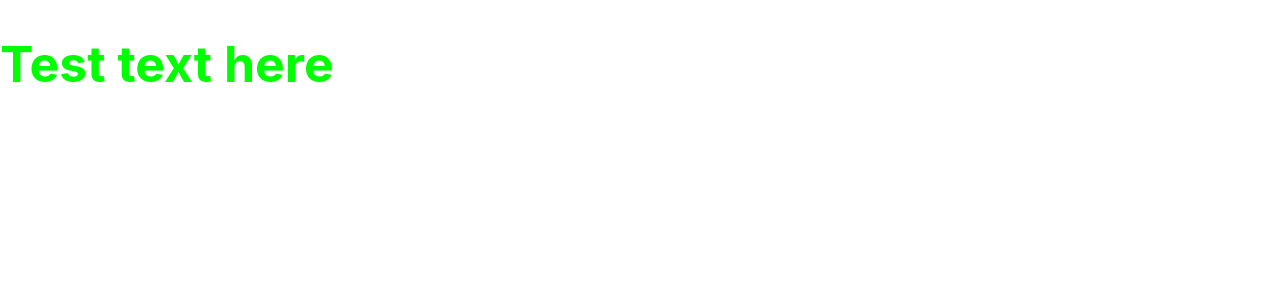
Repository: Coralee-Long/react-bits
Page: /
These files come from the project's save history. The page is drawn as it stood at one moment and after the next save; the edit follows.
The browser window is 1280 px wide. The pictures show the whole page.
The project was rebuilt for these pictures with package versions that can differ from the ones it lists, and the page was loaded fresh each time. Also part of the build but not shown: src/components/HeroBannerParallax/HeroBanner.module.css, src/pages/ContactPage.js, src/App.css.

Above is the page before, as saved 2023-12-12 15:22:46.

### src/index.css
html,
body {
  font-family: -apple-system, BlinkMacSystemFont, 'Segoe UI', 'Roboto', 'Oxygen',
    'Ubuntu', 'Cantarell', 'Fira Sans', 'Droid Sans', 'Helvetica Neue',
    sans-serif;
  -webkit-font-smoothing: antialiased;
  -moz-osx-font-smoothing: grayscale;
  height: 100%;
  width: 100%;
  margin: 0;
  padding: 0;
  overflow-x: hidden; /* Prevents horizontal scroll */
}

#root {
  height: 100%;
}

### src/App.js
import { BrowserRouter as Router } from 'react-router-dom';
import AppRoutes from './routes/AppRoutes';
import './App.css';

const App = () => {
  return (
    <Router>
      <AppRoutes />
    </Router>
  );
};

export default App;

### src/routes/AppRoutes.js
import { Routes, Route } from 'react-router-dom';
import HomePage from '../pages/HomePage.js';
import ContactPage from '../pages/ContactPage';

const AppRoutes = () => {
  return (
    <Routes>
      <Route path="/" element={<HomePage />} />
      <Route path="/contact" element={<ContactPage />} />
    </Routes>
  );
};
export default AppRoutes;

### src/pages/HomePage.js
import Floor from '../layout/Floors/Floor';

const HomePage = () => {
  return (
    <div>
      <Floor />
    </div>
  );
};
export default HomePage;

### src/layout/Floors/Floor.js
import styles from './Floor.module.css';
import HeroBanner from '../../components/HeroBannerParallax/HeroBanner';

const { floor: floor, 'floor-container': floorContainer } = styles;
const Floor = () => {
  return (
    <div className={floor}>
      <div className={floorContainer}>
        <HeroBanner />
      </div>
    </div>
  );
};
export default Floor;

### src/layout/Floors/Floor.module.css
.floor {
  width: 100vw; /* 100% of the viewport width */
  height: 100vh; /* 100% of the viewport height */
  background-color: white; /* Set background color to black */

  /* Additional styles, if necessary */
  display: flex;
  justify-content: center;
  align-items: center;
}

.floor-container {
  height: 100%;
  width: 100%;

  h1 {
    font-size: 50px;
    color: lime;
  }
}

### src/components/HeroBannerParallax/HeroBanner.js
import styles from './HeroBanner.module.css';

const { 'floor-container': bannerContainer } = styles;
const HeroBanner = () => {
  return (
    <div className={bannerContainer}>
      <h1>Test text here</h1>
    </div>
  );
};
export default HeroBanner;

Loaded but not shown: public/index.html (common file); src/index.js (common file); src/reportWebVitals.js (common file)

After the next save:
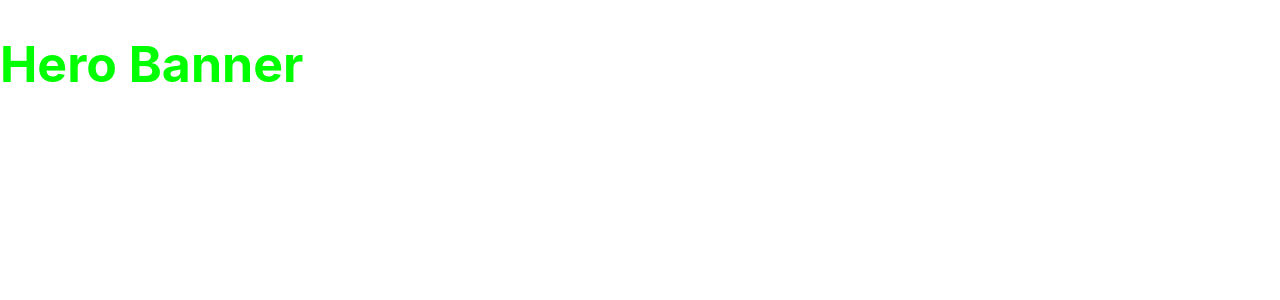
Saved 17 s later.
--- a/src/components/HeroBannerParallax/HeroBanner.js
+++ b/src/components/HeroBannerParallax/HeroBanner.js
@@ -4,7 +4,7 @@ const { 'floor-container': bannerContainer } = styles;
 const HeroBanner = () => {
   return (
     <div className={bannerContainer}>
-      <h1>Test text here</h1>
+      <h1>Hero Banner</h1>
     </div>
   );
 };
